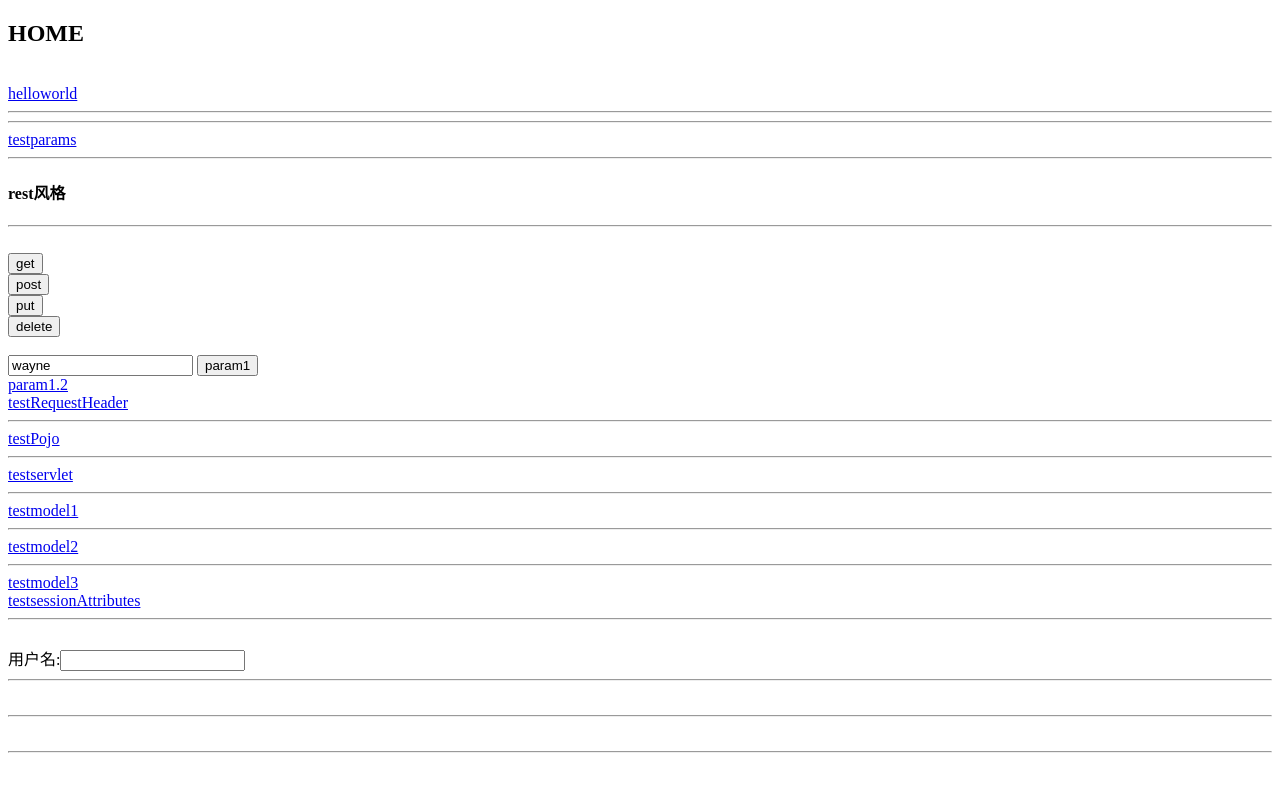
Repository: weiqilin66/workSpaceXD
Page: http://localhost/springmvc-1/
The author's editor kept a copy of each file at every save. The page is drawn from the files as they stood at one save, then again after the next save.
The browser window is 1280 px wide. The pictures show the whole page.
The page is served by Tomcat 9. Other server files are loaded and not shown.

Above is the page before, as saved 2019-09-23 03:12:18.

### workspace/eclipseworkspace/ws01-study/springmvc-1/WebContent/index.jsp
<%@ page language="java" contentType="text/html; charset=utf-8"
    pageEncoding="UTF-8"%>
<!DOCTYPE html>
<html>
<head>
<meta charset="ISO-8859-1">
<title>Insert title here</title>
</head>
<body>
<h2>HOME</h2>
<br>
<a href="helloworld"> helloworld</a>
<hr>
<hr>
<a href="test/params?username=joy&age=11"> testparams</a>
<hr>
<h4>rest风格</h4>
<hr>
<br>
<form action="rest/1" method="get">
<input type="submit" value="get">
</form>
<form action="rest" method="post">
<input type="submit" value="post">
</form>
<form action="rest/3" method="post">
<input  type="hidden" name="_method" value="put">
<input type="submit" value="put">
</form>
<form action="rest/4" method="post">
<input  type="hidden" name="_method" value="delete">
<input type="submit" value="delete">
</form>
<br>
<form action="param1">
<input type="text" value="wayne" name="username">
<input type="submit" value="param1">
</form>
<a href="param1"> param1.2</a>

<br>
<a href="testRequestHeader"> testRequestHeader</a>
<br>
<hr>
<a href="pojo?username=joy&password=123&address.city=fujian"> testPojo</a>
<br>
<hr>
<a href="servlet"> testservlet</a>

<br>
<hr>
<a href="model1"> testmodel1</a>
<br>
<hr>
<a href="model2"> testmodel2</a>
<br>
<hr>
<a href="model3"> testmodel3</a>
<br>
<a href="sessionAttributes"> testsessionAttributes</a>
<hr>
<br>
<form action="testModelAttributes">
<input type="hidden" name="id" value="1">
用户名:<input name="username" type="text">
</form>
<hr>
<br>
<hr>
<br>
<hr>
<br>
</body>
</html>

After the next save:
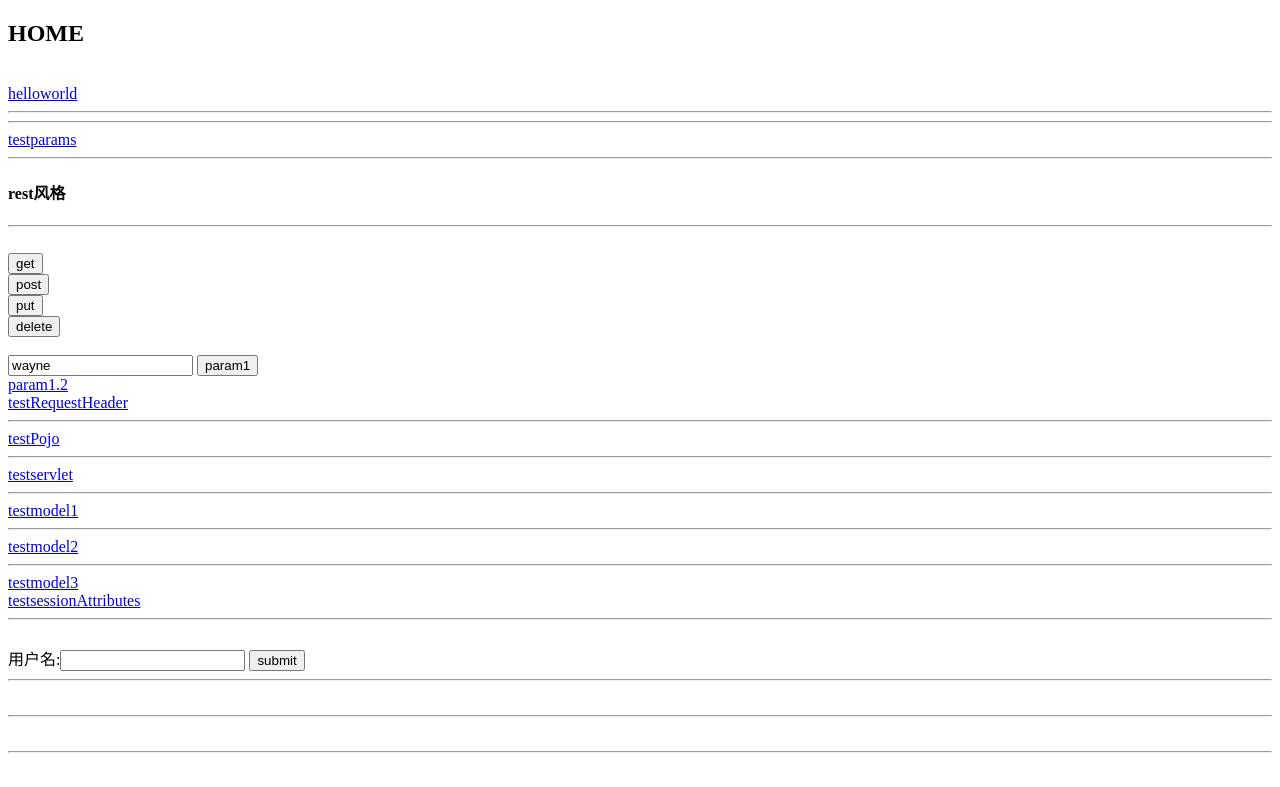
Saved 22 s later.
--- a/workspace/eclipseworkspace/ws01-study/springmvc-1/WebContent/index.jsp
+++ b/workspace/eclipseworkspace/ws01-study/springmvc-1/WebContent/index.jsp
@@ -63,6 +63,7 @@
 <form action="testModelAttributes">
 <input type="hidden" name="id" value="1">
 用户名:<input name="username" type="text">
+<input type="submit" value="submit">
 </form>
 <hr>
 <br>
